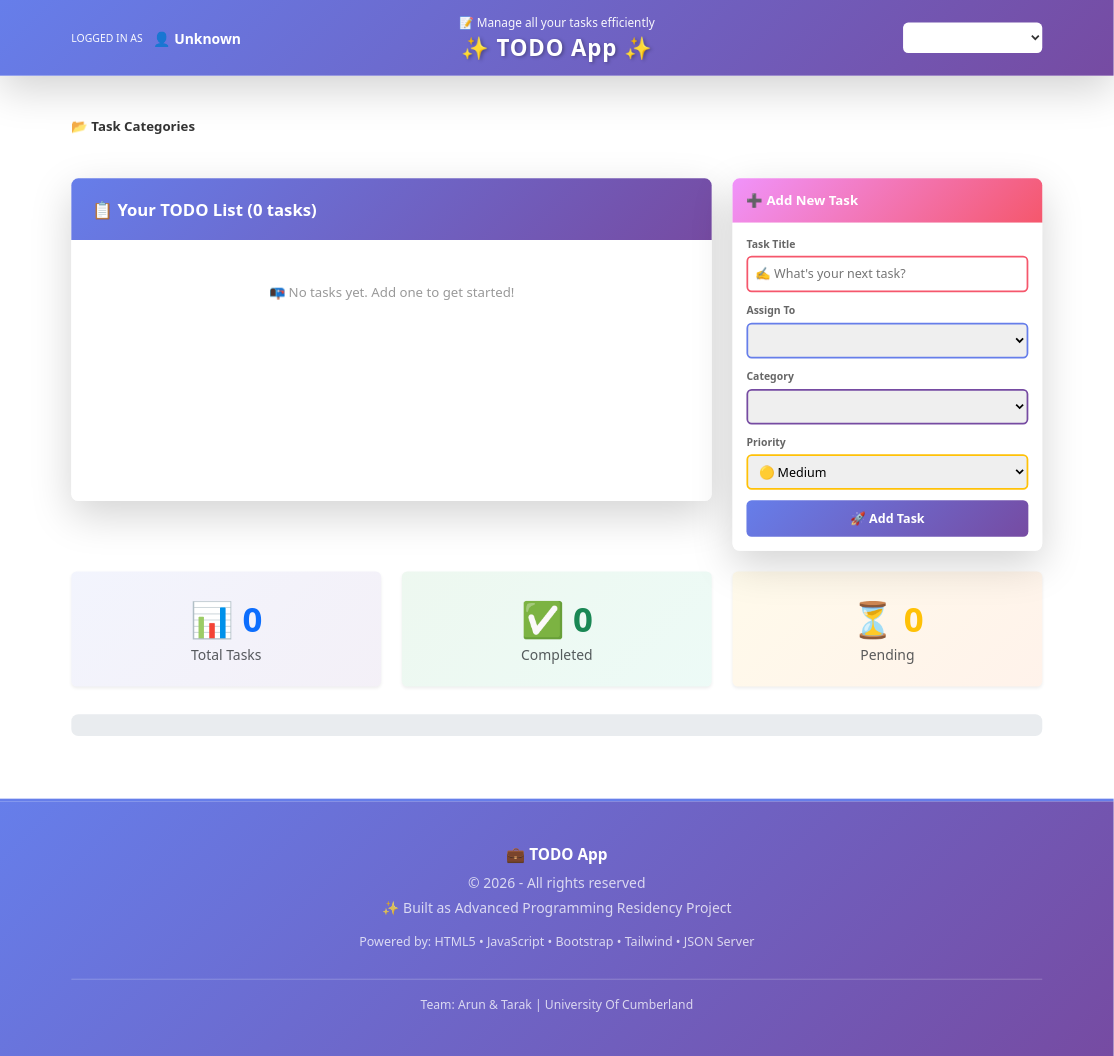
Repository: arunkr12/Master-In-Computer-Science
Page: Advanced Programming Language/Residency Project Team One Arun Javascript Version/TODO/index.html
The author's editor kept a copy of each file at every save. The page is drawn from the files as they stood at one save, then again after the next save.
The browser window is 1280 px wide. The pictures show the whole page, at 87% of full size.
The page's requests for data from a server got no answer. Some web libraries are served in a nearby version.

Above is the page before, as saved 2026-02-21 08:47:46.

### Advanced Programming Language/Residency Project Team One Arun Javascript Version/TODO/index.html
<!doctype html>
<html lang="en">
  <head>
    <meta charset="UTF-8" />
    <meta name="viewport" content="width=device-width, initial-scale=1.0" />
    <title>TODO App</title>
    <link
      href="https://cdn.jsdelivr.net/npm/bootstrap@5.3.8/dist/css/bootstrap.min.css"
      rel="stylesheet"
    />
    <link href="https://cdn.tailwindcss.com" rel="stylesheet" />
    <style>
      body {
        display: flex;
        flex-direction: column;
        min-height: 100vh;
      }
      main {
        flex: 1;
      }
      footer {
        background-color: #f8f9fa;
        border-top: 1px solid #dee2e6;
      }
    </style>
  </head>
  <body>
    <div id="app"></div>

    <script src="https://cdn.jsdelivr.net/npm/bootstrap@5.3.8/dist/js/bootstrap.bundle.min.js"></script>
    <script type="module" src="app.js"></script>
  </body>
</html>

### Advanced Programming Language/Residency Project Team One Arun Javascript Version/TODO/Header/Header.js
class Header {
  constructor(
    title = "TODO App",
    subtitle = "Manage all your tasks efficiently",
  ) {
    this.title = title;
    this.subtitle = subtitle;
    this.users = [];
    this.currentUserId = 1;
  }

  setUsers(users) {
    this.users = users || [];
  }

  setCurrentUser(userId) {
    this.currentUserId = userId;
  }

  getCurrentUser() {
    return this.users.find((u) => u.id === this.currentUserId);
  }

  render() {
    const currentUser = this.getCurrentUser();
    return `
      <header class="bg-gradient-primary text-white py-3 shadow-lg" style="background: linear-gradient(135deg, #667eea 0%, #764ba2 100%);">
        <div class="container">
          <div style="display:flex; align-items:center; justify-content:space-between; gap:1rem;">
            <div style="display:flex; align-items:center; gap:0.75rem; flex:0 0 360px;">
              <div style="font-size:0.75rem; color: rgba(255,255,255,0.95);">LOGGED IN AS</div>
              <div style="font-weight:700; font-size:1rem;">👤 ${currentUser ? currentUser.name : "Unknown"}</div>
            </div>

            <div style="flex:1 1 auto; text-align:center;">
              <div style="font-size:0.85rem; opacity:0.95; margin-bottom:0.25rem;">📝 ${this.subtitle}</div>
              <h1 class="m-0 fw-bold" style="text-shadow: 2px 2px 4px rgba(0,0,0,0.3); letter-spacing: 1px; font-size: 1.6rem;">
                ✨ ${this.title} ✨
              </h1>
            </div>

            <div style="display:flex; align-items:center; justify-content:flex-end; flex:0 0 360px;">
              <select class="user-selector" style="padding: 0.35rem 0.6rem; border-radius: 6px; border: none; background: white; color: #333; font-weight: bold; cursor: pointer; min-width:160px;">
                ${this.users
                  .map(
                    (user) => `
                      <option value="${user.id}" ${user.id === this.currentUserId ? "selected" : ""}>${user.name}</option>
                    `,
                  )
                  .join("")}
              </select>
            </div>
          </div>
        </div>
      </header>
    `;
  }
}

export default Header;

### Advanced Programming Language/Residency Project Team One Arun Javascript Version/TODO/Footer/Footer.js
class Footer {
  constructor(year = 2026, projectName = "TODO App") {
    this.year = year;
    this.projectName = projectName;
  }

  render() {
    return `
      <footer class="py-5 mt-5" style="background: linear-gradient(135deg, #667eea 0%, #764ba2 100%); color: white; border-top: 3px solid #667eea;">
        <div class="container">
          <div class="row text-center">
            <div class="col-md-12">
              <p class="mb-2 fw-bold" style="font-size: 1.1rem;">💼 ${this.projectName}</p>
              <p class="mb-1 opacity-75">&copy; ${this.year} - All rights reserved</p>
              <p class="mb-0 opacity-75">✨ Built as Advanced Programming Residency Project</p>
              <p class="mt-3 opacity-75" style="font-size: 0.9rem;">
                Powered by: HTML5 • JavaScript • Bootstrap • Tailwind • JSON Server
              </p>
            </div>
          </div>
          <hr class="my-3 opacity-25">
          <div class="text-center opacity-75">
            <small>Team: Arun & Tarak | University Of Cumberland</small>
          </div>
        </div>
      </footer>
    `;
  }
}

export default Footer;

### Advanced Programming Language/Residency Project Team One Arun Javascript Version/TODO/AddTodo/AddTodo.js
class AddTodo {
  constructor(users = [], categories = []) {
    this.users = users;
    this.categories = categories;
    this.inputValue = "";
  }

  setUsers(users) {
    this.users = users;
  }

  setCategories(categories) {
    this.categories = categories;
  }

  render() {
    return `
      <div class="card shadow-lg border-0" style="border-radius: 8px;">
        <div style="background: linear-gradient(135deg, #f093fb 0%, #f5576c 100%); border-radius: 8px 8px 0 0; padding: 1rem;">
          <h6 style="color: white; font-weight: bold; margin: 0; font-size: 0.95rem;">
            ➕ Add New Task
          </h6>
        </div>
        <div style="padding: 1rem; background: white; border-radius: 0 0 8px 8px;">
          <div style="margin-bottom: 0.75rem;">
            <label style="font-size: 0.75rem; color: #666; font-weight: bold; display: block; margin-bottom: 0.3rem;">Task Title</label>
            <input type="text" class="add-todo-input"
                   placeholder="✍️ What's your next task?"
                   id="newTaskInput"
                   style="width: 100%; border: 2px solid #f5576c; border-radius: 6px; padding: 8px; font-size: 0.9rem; box-sizing: border-box;">
          </div>

          <div style="margin-bottom: 0.75rem;">
            <label style="font-size: 0.75rem; color: #666; font-weight: bold; display: block; margin-bottom: 0.3rem;">Assign To</label>
            <select class="task-assigned-to" style="width: 100%; border: 2px solid #667eea; border-radius: 6px; padding: 8px; font-size: 0.9rem; box-sizing: border-box;">
              ${this.users
                .map(
                  (user) => `
                <option value="${user.id}">👤 ${user.name}</option>
              `,
                )
                .join("")}
            </select>
          </div>

          <div style="margin-bottom: 0.75rem;">
            <label style="font-size: 0.75rem; color: #666; font-weight: bold; display: block; margin-bottom: 0.3rem;">Category</label>
            <select class="task-category" style="width: 100%; border: 2px solid #764ba2; border-radius: 6px; padding: 8px; font-size: 0.9rem; box-sizing: border-box;">
              ${this.categories
                .map(
                  (cat) => `
                <option value="${cat.id}" style="border-left: 4px solid ${cat.color};">📂 ${cat.name}</option>
              `,
                )
                .join("")}
            </select>
          </div>

          <div style="margin-bottom: 0.75rem;">
            <label style="font-size: 0.75rem; color: #666; font-weight: bold; display: block; margin-bottom: 0.3rem;">Priority</label>
            <select class="task-priority" style="width: 100%; border: 2px solid #ffc107; border-radius: 6px; padding: 8px; font-size: 0.9rem; box-sizing: border-box;">
              <option value="low">🟢 Low</option>
              <option value="medium" selected>🟡 Medium</option>
              <option value="high">🔴 High</option>
            </select>
          </div>

          <button class="add-todo-btn"
                  style="width: 100%; background: linear-gradient(135deg, #667eea 0%, #764ba2 100%); border: none; border-radius: 6px; color: white; font-weight: bold; font-size: 0.9rem; padding: 10px; cursor: pointer; transition: all 0.3s ease;">
            🚀 Add Task
          </button>
        </div>
      </div>
    `;
  }
}

export default AddTodo;

### Advanced Programming Language/Residency Project Team One Arun Javascript Version/TODO/Stats/Stats.js
class Stats {
  constructor(todos = []) {
    this.todos = todos;
  }

  setTodos(todos) {
    this.todos = todos;
  }

  getTotalTasks() {
    return this.todos.length;
  }

  getCompletedTasks() {
    return this.todos.filter((t) => t.completed).length;
  }

  getPendingTasks() {
    return this.getTotalTasks() - this.getCompletedTasks();
  }

  render() {
    const total = this.getTotalTasks();
    const completed = this.getCompletedTasks();
    const pending = this.getPendingTasks();
    const percentage = total > 0 ? Math.round((completed / total) * 100) : 0;

    return `
      <div class="row mt-4">
        <div class="col-md-4 mb-3">
          <div class="card shadow-sm border-0 text-center p-4" style="background: linear-gradient(135deg, #667eea15 0%, #764ba215 100%); border-left: 4px solid #667eea;">
            <div class="text-primary fw-bold" style="font-size: 2.5rem;">📊 ${total}</div>
            <div class="text-muted fw-500">Total Tasks</div>
          </div>
        </div>
        <div class="col-md-4 mb-3">
          <div class="card shadow-sm border-0 text-center p-4" style="background: linear-gradient(135deg, #28a74515 0%, #20c99715 100%); border-left: 4px solid #28a745;">
            <div class="text-success fw-bold" style="font-size: 2.5rem;">✅ ${completed}</div>
            <div class="text-muted fw-500">Completed</div>
          </div>
        </div>
        <div class="col-md-4 mb-3">
          <div class="card shadow-sm border-0 text-center p-4" style="background: linear-gradient(135deg, #ffc10715 0%, #ff650715 100%); border-left: 4px solid #ff6b6b;">
            <div class="text-warning fw-bold" style="font-size: 2.5rem;">⏳ ${pending}</div>
            <div class="text-muted fw-500">Pending</div>
          </div>
        </div>
      </div>
      <div class="progress mt-3" style="height: 25px; border-radius: 8px;">
        <div class="progress-bar bg-success fw-bold" role="progressbar"
             style="width: ${percentage}%; border-radius: 8px;"
             aria-valuenow="${percentage}" aria-valuemin="0" aria-valuemax="100">
          ${percentage}% Complete
        </div>
      </div>
    `;
  }
}

export default Stats;

### Advanced Programming Language/Residency Project Team One Arun Javascript Version/TODO/User/User.js
class User {
  constructor(users = [], currentUserId = 1) {
    this.users = users;
    this.currentUserId = currentUserId;
  }

  setUsers(users) {
    this.users = users;
  }

  setCurrentUser(userId) {
    this.currentUserId = userId;
  }

  getCurrentUser() {
    return this.users.find((u) => u.id === this.currentUserId);
  }

  render() {
    const currentUser = this.getCurrentUser();

    return `
      <div style="background: linear-gradient(135deg, #667eea 0%, #764ba2 100%); padding: 1rem; border-radius: 6px; margin-bottom: 1rem;">
        <div style="color: white;">
          <small style="font-size: 0.75rem; opacity: 0.9;">LOGGED IN AS</small>
          <div style="display: flex; justify-content: space-between; align-items: center; margin-top: 0.5rem;">
            <div>
              <strong style="font-size: 1.1rem;">👤 ${currentUser ? currentUser.name : "Unknown"}</strong>
              <p style="font-size: 0.85rem; margin: 0.25rem 0; opacity: 0.9;">${currentUser ? currentUser.email : ""}</p>
            </div>
            <select class="user-selector" style="padding: 0.5rem; border-radius: 4px; border: none; background: white; color: #333; font-weight: bold; cursor: pointer;">
              ${this.users
                .map(
                  (user) => `
                <option value="${user.id}" ${user.id === this.currentUserId ? "selected" : ""}>
                  ${user.name}
                </option>
              `,
                )
                .join("")}
            </select>
          </div>
        </div>
      </div>
    `;
  }
}

export default User;

### Advanced Programming Language/Residency Project Team One Arun Javascript Version/TODO/Category/Category.js
class Category {
  constructor(categories = []) {
    this.categories = categories;
  }

  setCategories(categories) {
    this.categories = categories;
  }

  getCategoryById(id) {
    return this.categories.find((c) => c.id === id);
  }

  getCategoryColor(categoryId) {
    const category = this.getCategoryById(categoryId);
    return category ? category.color : "#999";
  }

  render() {
    return `
      <div style="margin-bottom: 1rem;">
        <h6 style="color: #333; font-weight: bold; margin-bottom: 0.75rem; font-size: 0.95rem;">📂 Task Categories</h6>
        <div style="display: flex; gap: 0.5rem; flex-wrap: wrap;">
          ${this.categories
            .map(
              (cat) => `
            <span style="background: ${cat.color}; color: white; padding: 0.4rem 0.8rem; border-radius: 20px; font-size: 0.8rem; font-weight: bold; display: inline-flex; align-items: center; gap: 0.3rem;">
              ${cat.name}
            </span>
          `,
            )
            .join("")}
        </div>
      </div>
    `;
  }
}

export default Category;

### Advanced Programming Language/Residency Project Team One Arun Javascript Version/TODO/Services/ConcurrencyManager.js
/**
 * ConcurrencyManager - Handles optimistic locking and conflict detection
 * Supports multiple users accessing/editing tasks concurrently
 */
class ConcurrencyManager {
  constructor() {
    this.localCache = new Map(); // Cache local version numbers
    this.changeLog = []; // Track all changes for audit trail
    this.conflictListeners = [];
  }

  /**
   * Cache a todo's current version
   */
  cacheVersion(todoId, version) {
    this.localCache.set(todoId, version);
  }

  /**
   * Get cached version number
   */
  getCachedVersion(todoId) {
    return this.localCache.get(todoId);
  }

  /**
   * Detect version conflict
   * Returns true if server version differs from cached version
   */
  isVersionConflict(todoId, serverVersion) {
    const cachedVersion = this.getCachedVersion(todoId);
    if (cachedVersion === undefined) return false;
    return cachedVersion !== serverVersion;
  }

  /**
   * Perform optimistic update with version checking
   * @returns {Object} {success: boolean, conflict: boolean, message: string}
   */
  async validateUpdate(todoId, cachedVersion, serverTodo) {
    // Check if version matches
    if (cachedVersion !== serverTodo.version) {
      return {
        success: false,
        conflict: true,
        message: `Conflict detected! Task was modified by ${this.getUserName(serverTodo.lastModifiedBy)} at ${serverTodo.lastModifiedAt}`,
        serverTodo: serverTodo,
      };
    }

    return {
      success: true,
      conflict: false,
      message: "Update allowed",
    };
  }

  /**
   * Log a change for audit trail
   */
  logChange(todoId, action, userId, beforeState, afterState) {
    this.changeLog.push({
      timestamp: new Date().toISOString(),
      todoId: todoId,
      action: action,
      userId: userId,
      beforeState: beforeState,
      afterState: afterState,
    });
  }

  /**
   * Get change log for specific todo
   */
  getChangeLog(todoId) {
    return this.changeLog.filter((entry) => entry.todoId === todoId);
  }

  /**
   * Merge conflicting changes
   * Uses last-write-wins strategy as default
   */
  resolveConflict(localChanges, remoteChanges) {
    const resolution = {
      merged: true,
      strategy: "last-write-wins",
      resolvedData: {},
    };

    // Last-write-wins: take the most recent changes
    const remoteTime = new Date(remoteChanges.lastModifiedAt).getTime();
    const localTime = new Date(
      localChanges.lastModifiedAt || new Date(),
    ).getTime();

    if (remoteTime > localTime) {
      resolution.resolvedData = remoteChanges;
      resolution.winner = "remote";
    } else {
      resolution.resolvedData = localChanges;
      resolution.winner = "local";
    }

    return resolution;
  }

  /**
   * Register listener for conflict events
   */
  onConflict(callback) {
    this.conflictListeners.push(callback);
  }

  /**
   * Notify conflict listeners
   */
  notifyConflict(conflictInfo) {
    this.conflictListeners.forEach((listener) => listener(conflictInfo));
  }

  /**
   * Helper to get user name (in production, would use user service)
   */
  getUserName(userId) {
    const userMap = {
      1: "Arun",
      2: "Tarak",
      3: "Admin",
    };
    return userMap[userId] || `User ${userId}`;
  }

  /**
   * Create new version for updated todo
   */
  incrementVersion(todo, userId) {
    return {
      ...todo,
      version: (todo.version || 1) + 1,
      lastModifiedBy: userId,
      lastModifiedAt: new Date().toISOString(),
    };
  }

  /**
   * Get audit trail for a todo
   */
  getAuditTrail(todoId) {
    return this.getChangeLog(todoId).map((entry) => ({
      time: entry.timestamp,
      action: entry.action,
      user: this.getUserName(entry.userId),
      details: `${entry.action === "UPDATE" ? "Modified" : entry.action} by ${this.getUserName(entry.userId)}`,
    }));
  }

  /**
   * Clear cache and logs (useful for cleanup)
   */
  clear() {
    this.localCache.clear();
    this.changeLog = [];
  }
}

export default ConcurrencyManager;

Loaded but not shown: Advanced Programming Language/Residency Project Team One Arun Javascript Version/TODO/ToDoContainer/ToDoContainer.js (320 lines, source omitted); Advanced Programming Language/Residency Project Team One Arun Javascript Version/TODO/app.js (186 lines, source omitted); Advanced Programming Language/Residency Project Team One Arun Javascript Version/TODO/Services/TodoService.js (188 lines, source omitted); Advanced Programming Language/Residency Project Team One Arun Javascript Version/TODO/Services/RefreshManager.js (200 lines, source omitted); Advanced Programming Language/Residency Project Team One Arun Javascript Version/TODO/ToDoList/ToDoList.js (106 lines, source omitted)

After the next save:
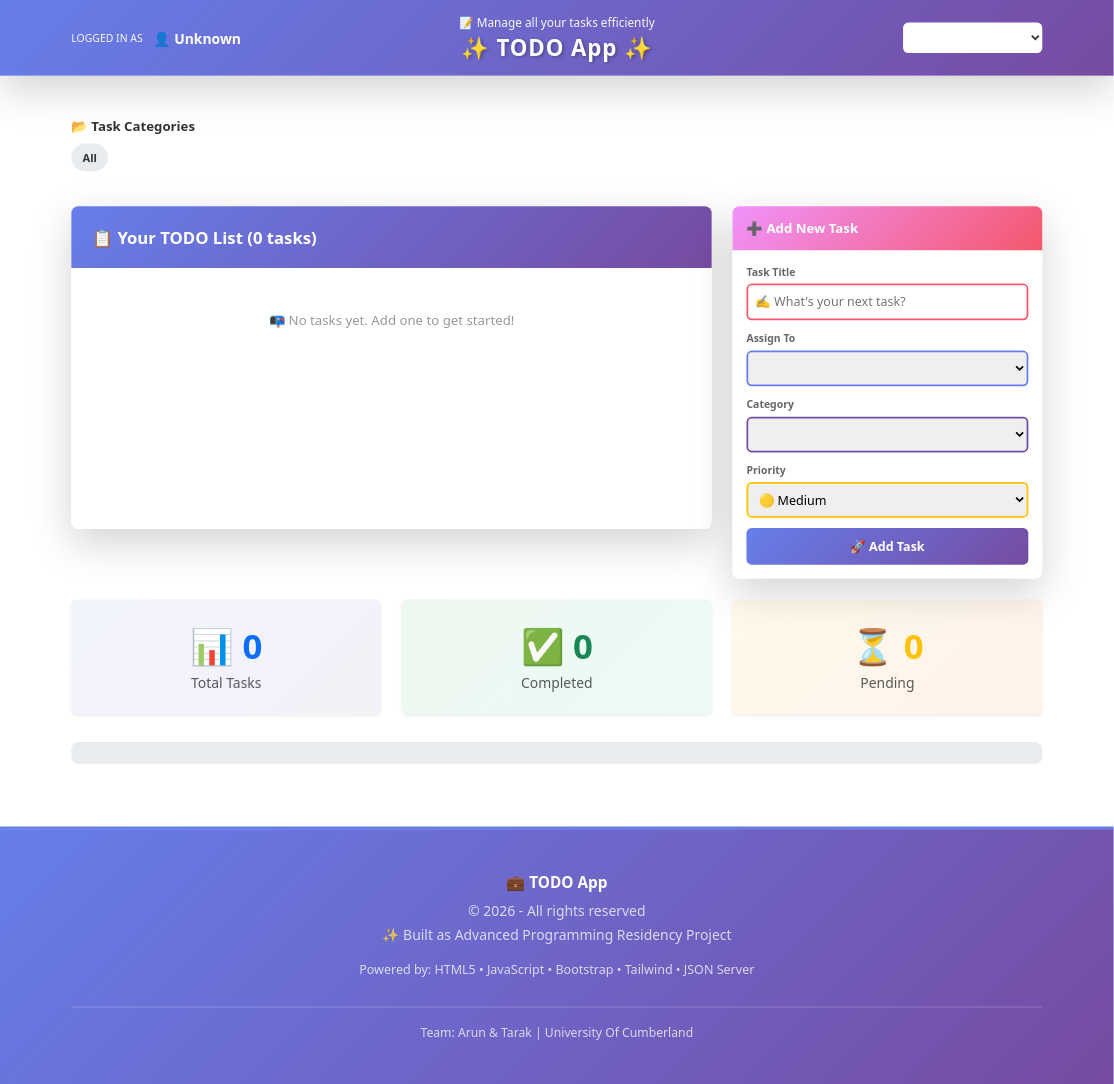
Saved 2 min 27 s later.
--- a/Advanced Programming Language/Residency Project Team One Arun Javascript Version/TODO/Category/Category.js
+++ b/Advanced Programming Language/Residency Project Team One Arun Javascript Version/TODO/Category/Category.js
@@ -1,10 +1,15 @@
 class Category {
   constructor(categories = []) {
     this.categories = categories;
+    this.currentCategoryId = null;
   }
 
   setCategories(categories) {
     this.categories = categories;
+  }
+
+  setCurrentCategory(categoryId) {
+    this.currentCategoryId = categoryId;
   }
 
   getCategoryById(id) {
@@ -21,13 +26,17 @@ class Category {
       <div style="margin-bottom: 1rem;">
         <h6 style="color: #333; font-weight: bold; margin-bottom: 0.75rem; font-size: 0.95rem;">📂 Task Categories</h6>
         <div style="display: flex; gap: 0.5rem; flex-wrap: wrap;">
+          <button class="category-btn" data-id="0" style="background: #e9ecef; color: #333; padding: 0.4rem 0.8rem; border-radius: 20px; font-size: 0.8rem; font-weight: bold; border: none; cursor: pointer;">All</button>
           ${this.categories
             .map(
-              (cat) => `
-            <span style="background: ${cat.color}; color: white; padding: 0.4rem 0.8rem; border-radius: 20px; font-size: 0.8rem; font-weight: bold; display: inline-flex; align-items: center; gap: 0.3rem;">
+              (cat) => {
+                const active = this.currentCategoryId === cat.id ? 'box-shadow: 0 0 0 3px rgba(0,0,0,0.05); opacity: 0.95; transform: translateY(-1px);' : '';
+                return `
+            <button class="category-btn" data-id="${cat.id}" style="background: ${cat.color}; color: white; padding: 0.4rem 0.8rem; border-radius: 20px; font-size: 0.8rem; font-weight: bold; display: inline-flex; align-items: center; gap: 0.3rem; border: none; cursor: pointer; ${active}">
               ${cat.name}
-            </span>
-          `,
+            </button>
+          `;
+              },
             )
             .join("")}
         </div>
